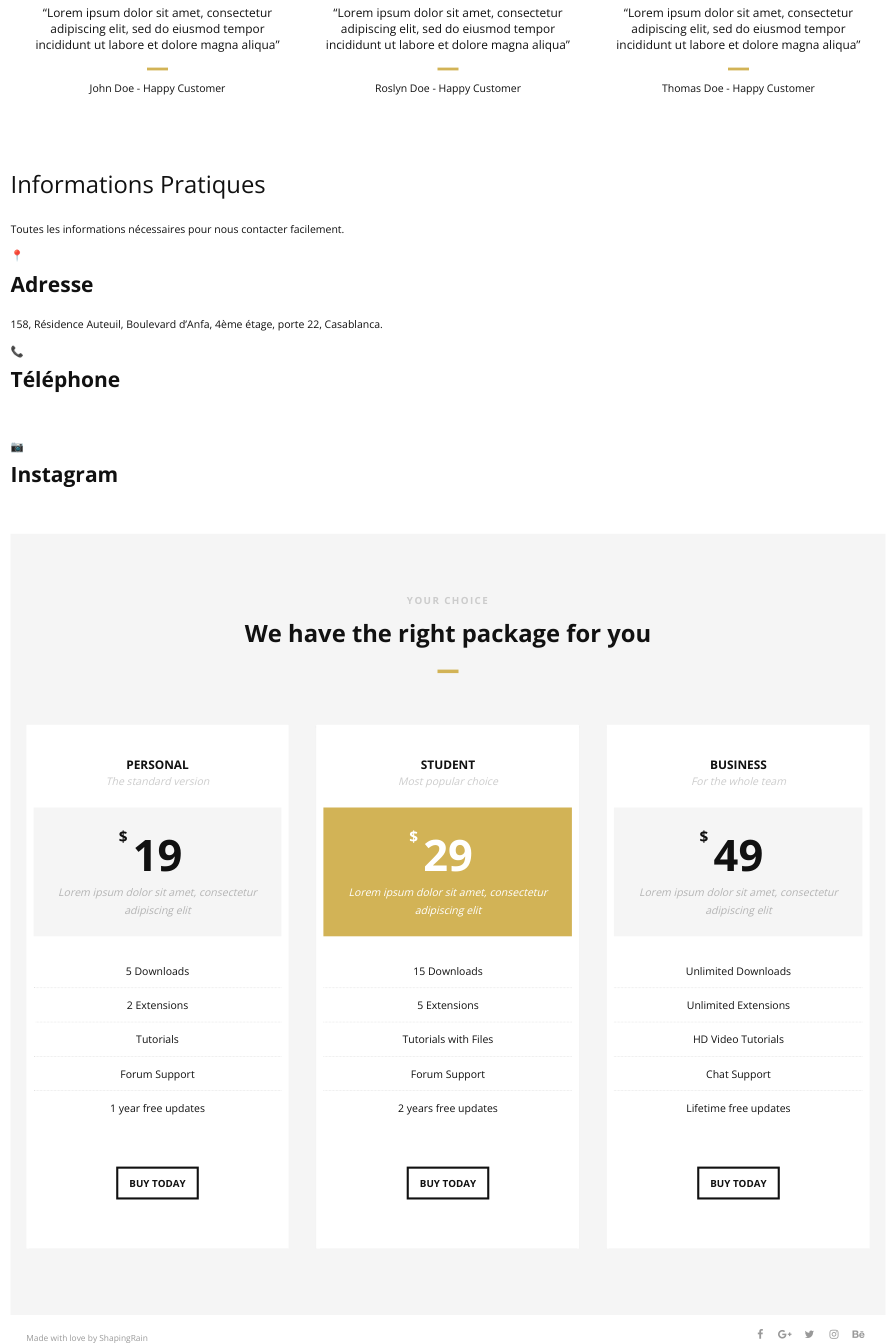
Repository: elhathoutWobz/dental-media
Page: index.html
The author's editor kept a copy of each file at every save. The page is drawn from the files as they stood at one save, then again after the next save.
The browser window is 1280 px wide. The pictures show the part of the page from y = 3331 to 5251 px (the page is 5290 px tall before and 5206 px after), at 70% of full size.

Above is the page before, as saved 2024-12-03 22:21:46.

After the next save:
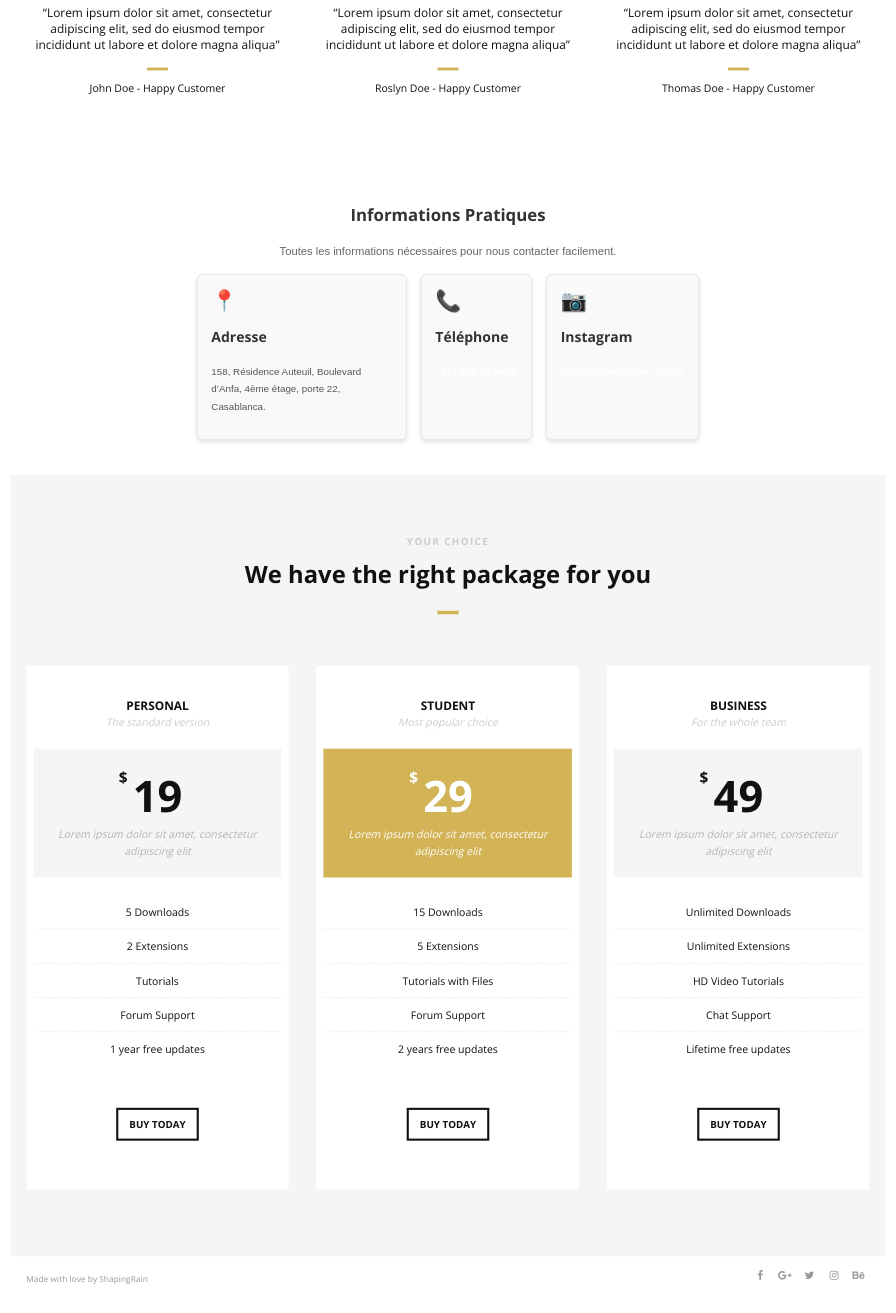
Saved 72 s later.
--- a/index.html
+++ b/index.html
@@ -537,3 +537,65 @@
 </body>
 
 </html>
+
+<style>
+    .contact-section {
+        text-align: center;
+        padding: 50px 20px;
+        font-family: Arial, sans-serif;
+    }
+
+    .contact-title h2 {
+        font-size: 24px;
+        font-weight: bold;
+        color: #333;
+    }
+
+    .contact-title p {
+        font-size: 16px;
+        color: #666;
+        margin: 10px 0 20px;
+    }
+
+    .contact-details {
+        display: flex;
+        justify-content: center;
+        gap: 20px;
+        flex-wrap: wrap;
+    }
+
+    .contact-item {
+        max-width: 300px;
+        text-align: left;
+        padding: 20px;
+        border: 1px solid #ddd;
+        border-radius: 8px;
+        background-color: #f9f9f9;
+        box-shadow: 0 4px 6px rgba(0, 0, 0, 0.1);
+    }
+
+    .contact-item .icon {
+        font-size: 30px;
+        color: #ffa500;
+    }
+
+    .contact-item h3 {
+        margin: 10px 0;
+        font-size: 20px;
+        color: #333;
+    }
+
+    .contact-item p {
+        font-size: 14px;
+        color: #555;
+    }
+
+    .contact-item a {
+        color: #007bff;
+        text-decoration: none;
+    }
+
+    .contact-item a:hover {
+        text-decoration: underline;
+    }
+</style>
